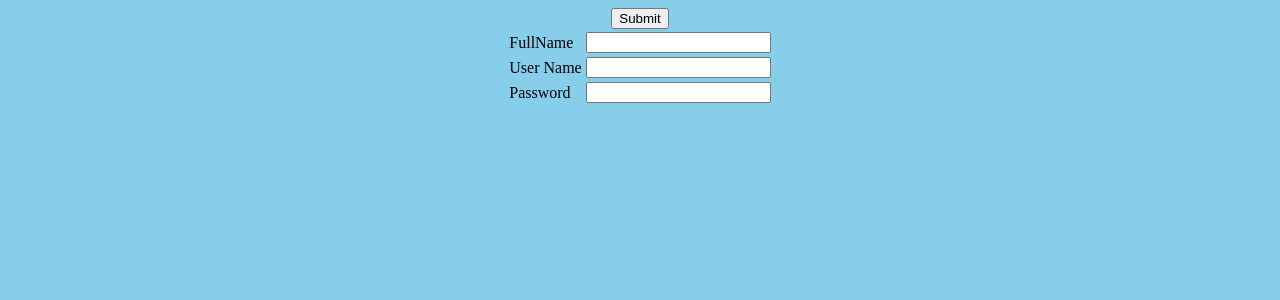
Repository: Thirumalaivasan01/eclipse-workspace
Page: http://localhost/assignment-calculator/register.jsp
The author's editor kept a copy of each file at every save. The page is drawn from the files as they stood at one save, then again after the next save.
The browser window is 1280 px wide. The pictures show the whole page.
The page is served by Tomcat 9. Other server files are loaded and not shown.

Above is the page before, as saved 2022-04-12 16:43:46.

### assignment-calculator/src/main/webapp/register.jsp
<%@ page language="java" contentType="text/html; charset=UTF-8"
	pageEncoding="UTF-8"%>
<!DOCTYPE html PUBLIC "-//W3C//DTD HTML 4.01 Transitional//EN" "http://www.w3.org/TR/html4/loose.dtd">
<html>
<head>
<meta http-equiv="Content-Type" content="text/html; charset=UTF-8">
<title>Insert title here</title>
</head>
<body bgcolor="skyblue">
	<center>
		<form action="Register" method="post">
			<table>
				<tr>
					<td>FullName</td>
					<td><input type="text" name="fullName"></td>
				</tr>
				<tr>
					<td>User Name</td>
					<td><input type="text" name="userName"></td>
				</tr>
				<tr>
					<td>Password</td>
					<td><input type="password" name="password"></td>
				</tr>
				<tr>
					<button type="button">Submit</button>
				</tr>
			</table>
		</form>
	</center>
</body>
</html>

After the next save:
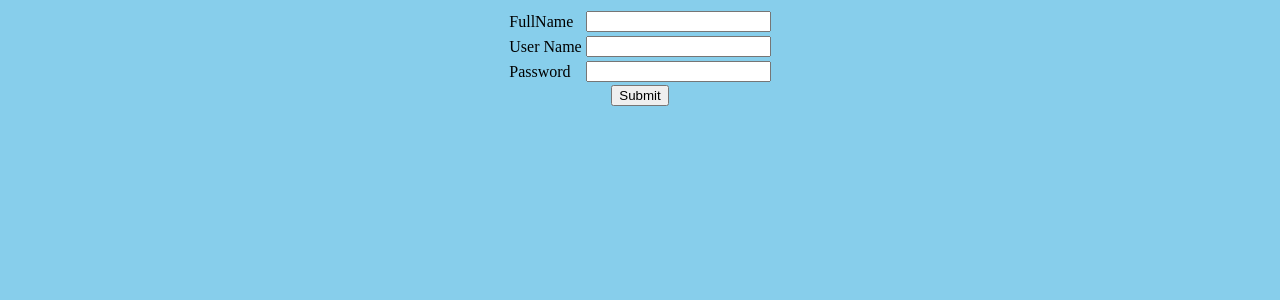
Saved 39 s later.
--- a/assignment-calculator/src/main/webapp/register.jsp
+++ b/assignment-calculator/src/main/webapp/register.jsp
@@ -22,10 +22,11 @@
 					<td>Password</td>
 					<td><input type="password" name="password"></td>
 				</tr>
-				<tr>
-					<button type="button">Submit</button>
-				</tr>
+
+
+
 			</table>
+			<button type="button">Submit</button>
 		</form>
 	</center>
 </body>
